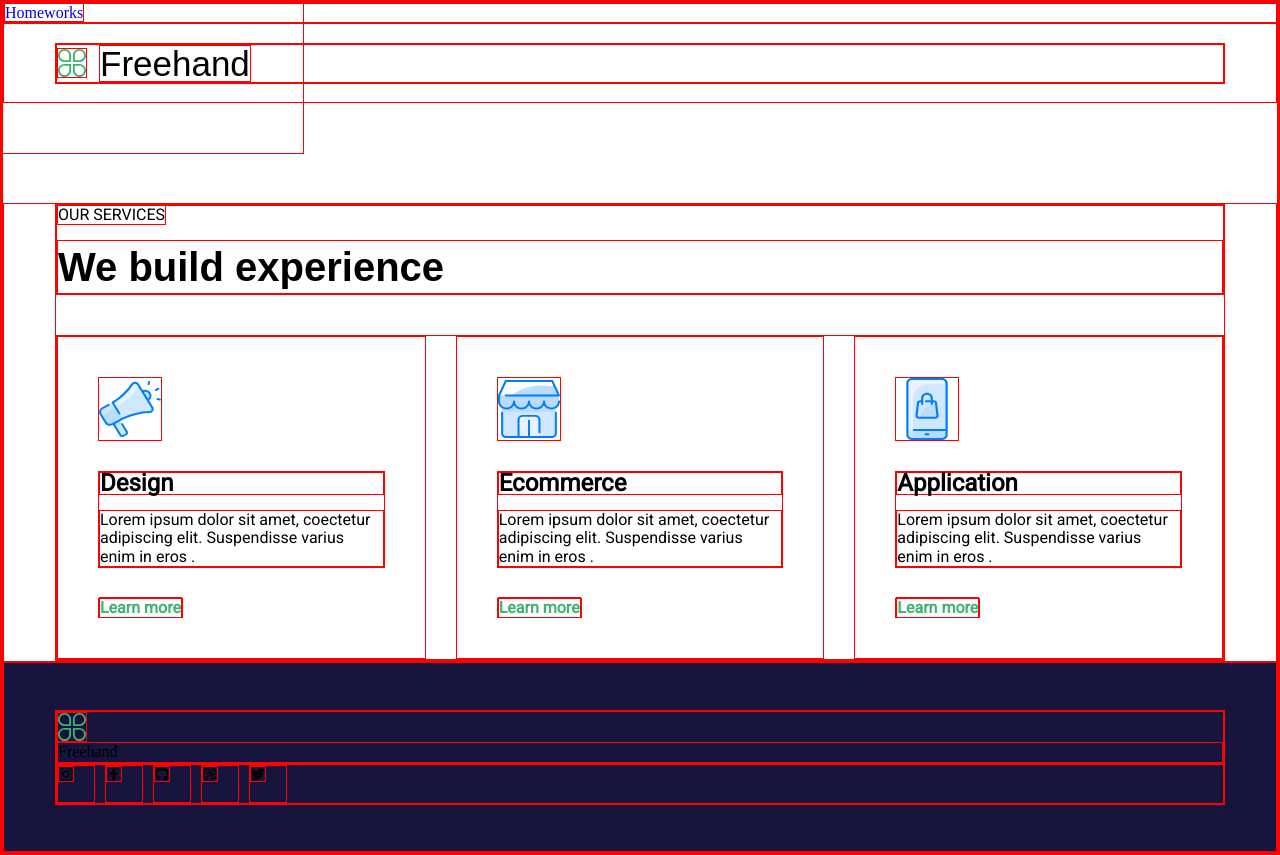
Repository: Tsiniavska/beetroot-test-project
Page: Homeworks/svg/index.html
These files come from the project's save history. The page is drawn as it stood at one moment and after the next save; the edit follows.
The browser window is 1280 px wide. The pictures show the whole page.
Some web fonts or font styles are not loaded; a fallback is used.

Above is the page before, as saved 2024-02-28 22:48:25.

After the next save:
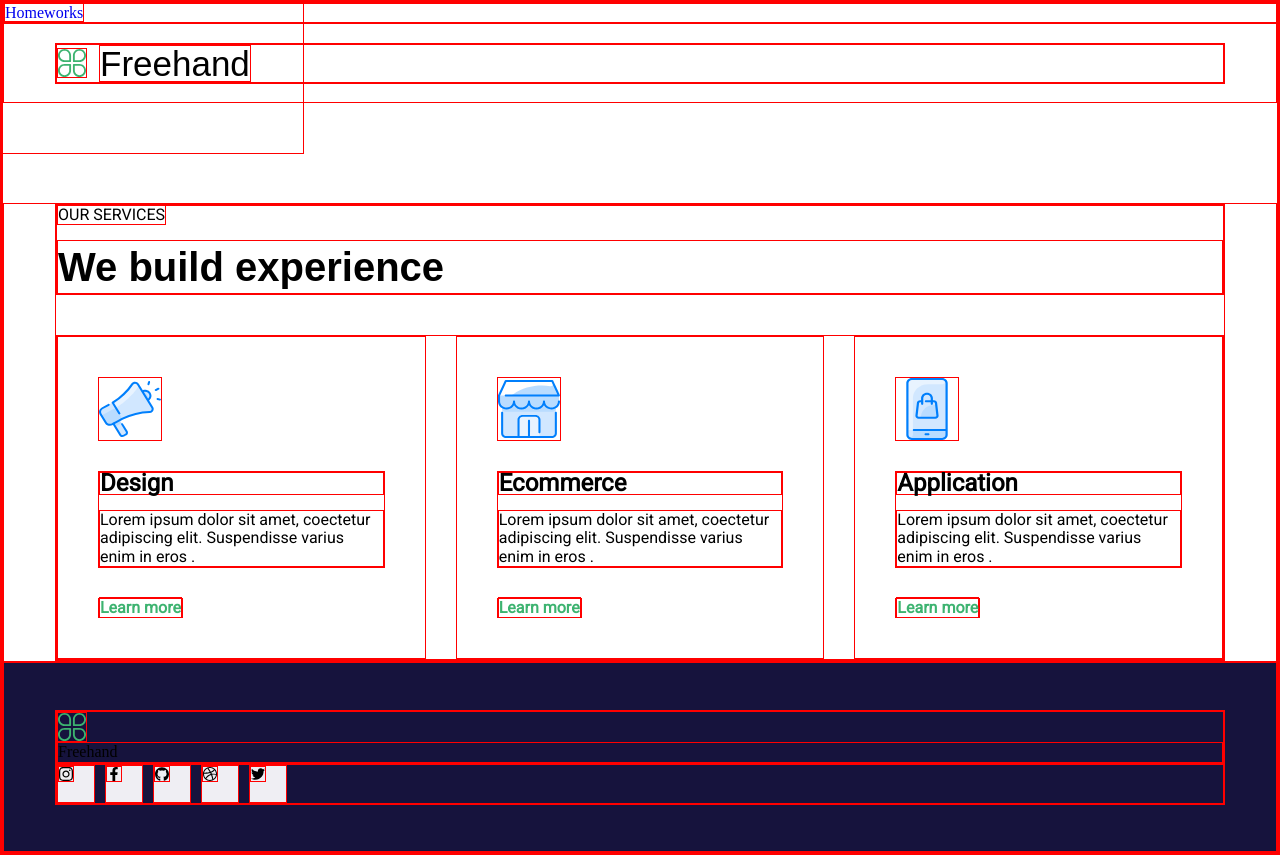
Saved 29 s later.
--- a/Homeworks/svg/index.css
+++ b/Homeworks/svg/index.css
@@ -100,5 +100,5 @@
 .footer-icon-block-item {
   width: 38px;
   height: 38px;
-  background-color: ;
+  background-color: var(--c-silver-2);
 }
